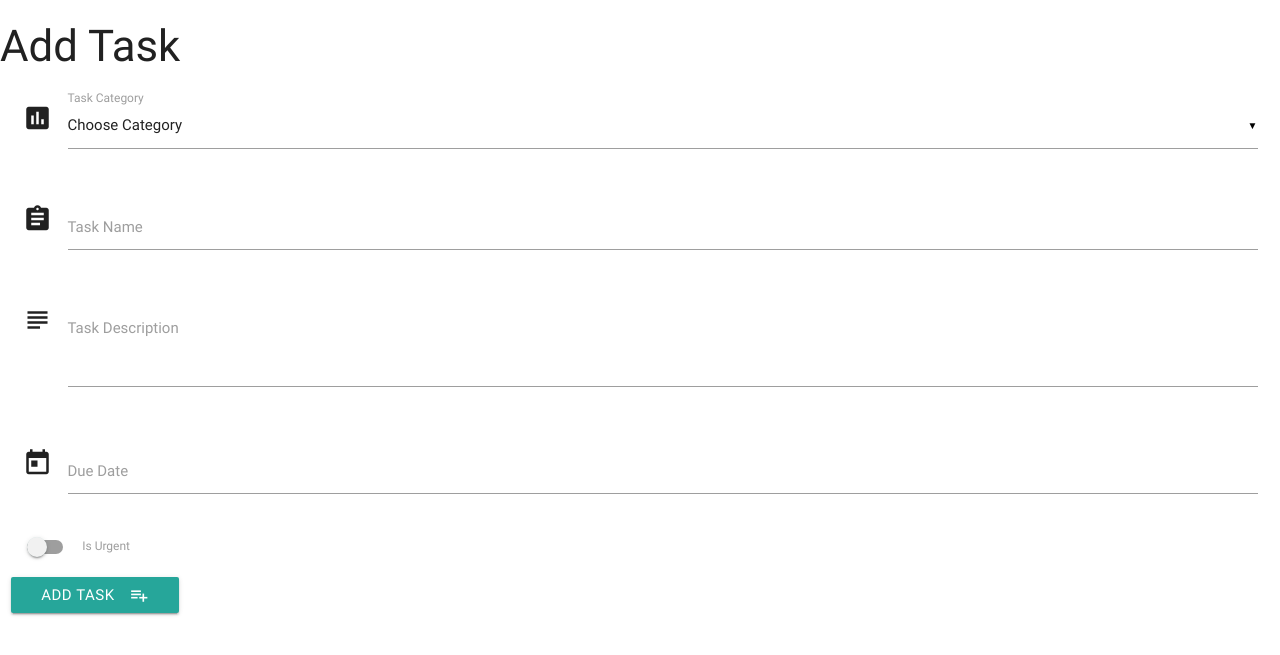
Repository: cesole/task_manager
Page: http://localhost/add_task
The author's editor kept a record of every edit. The page is drawn from the files as they stood at one moment, then again after the next edit.
The browser window is 1280 px wide. The pictures show the whole page.
Some web libraries are served in a nearby version. The page is served by the project's application, run on Flask 3 (app.py). Queries for data that is not in the repository find no rows.

Above is the page before.
Console error: TypeError: $(...).formSelect is not a function

After the next edit:
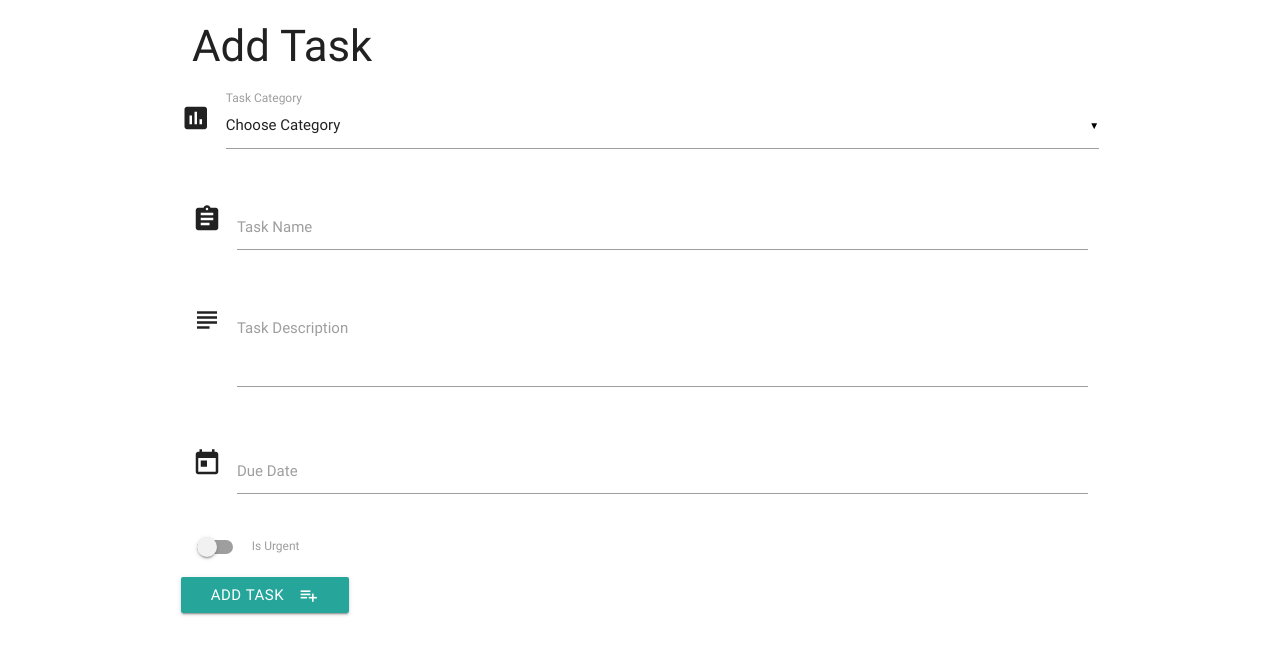
The error is gone.
The edit:
--- a/templates/base.html
+++ b/templates/base.html
@@ -8,17 +8,16 @@
 </head>
 
 <body>
-    {% block content %} {% endblock %}
-
+    <div class="container">
+        {% block content %} {% endblock %}
+    </div>
     <script src="https://cdnjs.cloudflare.com/ajax/libs/jquery/3.2.1/jquery.min.js"></script>
     <script src="https://cdnjs.cloudflare.com/ajax/libs/materialize/0.100.2/js/materialize.min.js"></script>
     <script type="text/javascript">
         $(document).ready(function() {
             $('.collapsible').collapsible();
             $('select').material_select();
-            $('select').formSelect();
         });
-
         $('.datepicker').pickadate({
             selectMonths: true, // Creates a dropdown to control month
             selectYears: 15, // Creates a dropdown of 15 years to control year,
@@ -27,10 +26,9 @@
             close: 'Ok',
             closeOnSelect: false // Close upon selecting a date,
         });
-
         document.getElementById("matfix").addEventListener("click", function(e) {
-	e.stopPropagation();
-});
+            e.stopPropagation();
+        });
     </script>
 </body>
 
